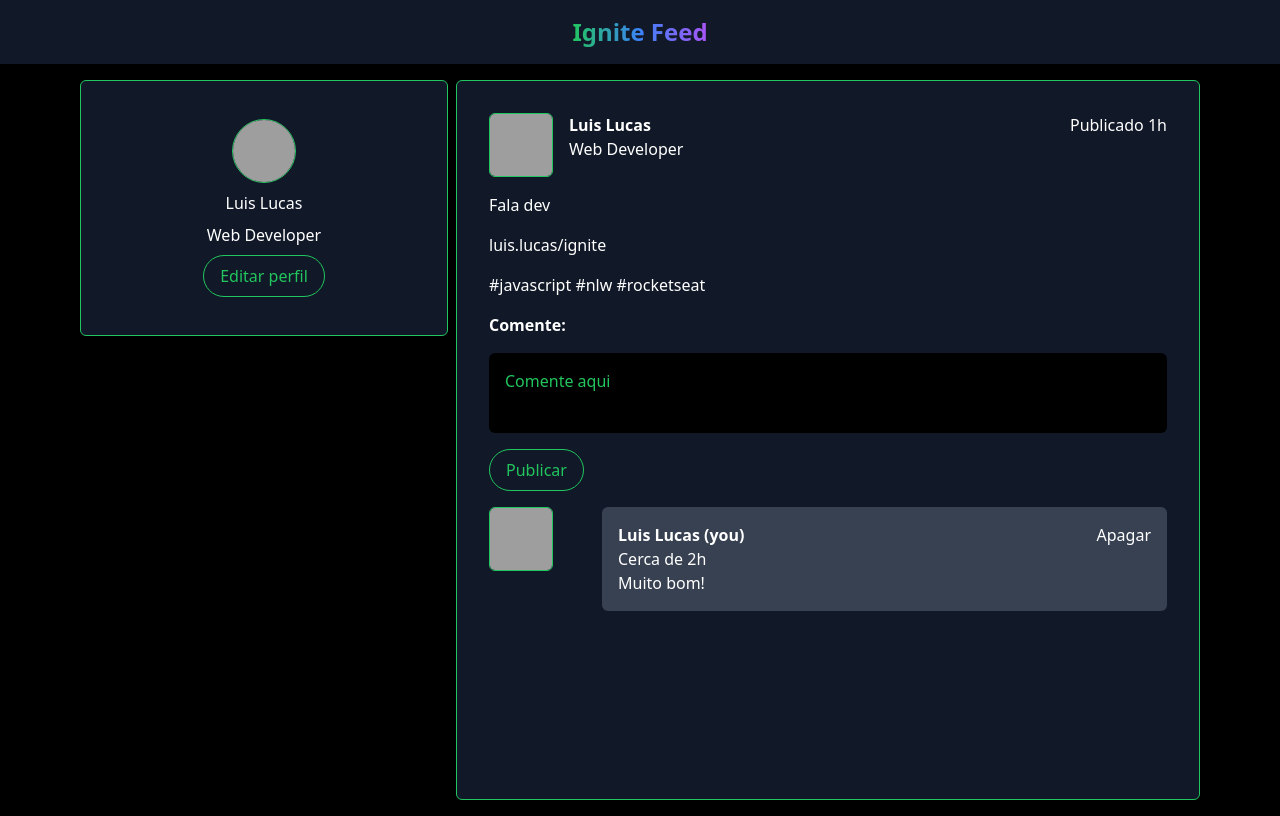
Repository: LuisSempre/ignite-feed
Page: /
An editor plug-in stored every save of this project. The page is shown before and after the next save, followed by the edit.
The browser window is 1280 px wide. The pictures show the whole page.
Pictures or frames that could not be fetched are drawn as grey boxes. The project was rebuilt for these pictures with package versions that can differ from the ones it lists, and the page was loaded fresh each time. Also part of the build but not shown: vite.config.js.

Above is the page before, as saved 2022-07-14 21:41:33.

After the next save:
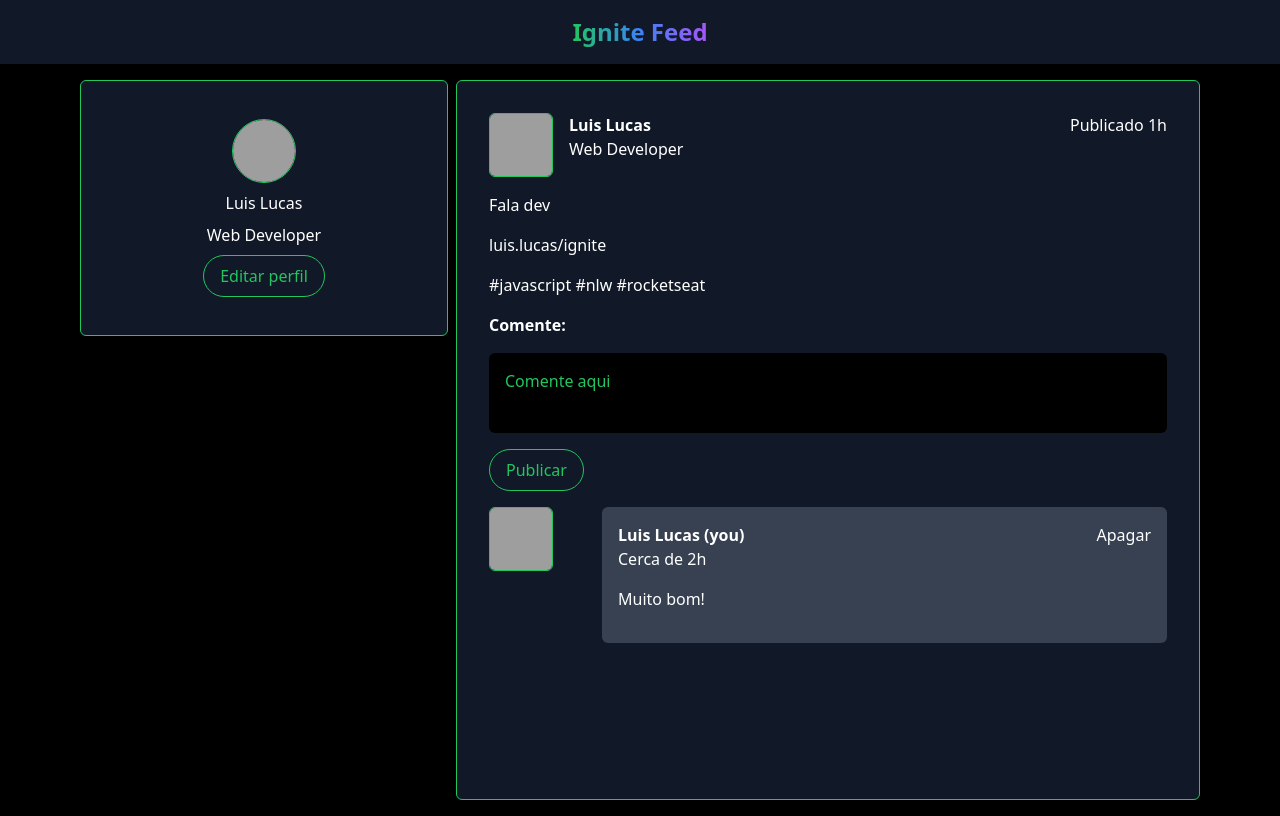
Saved 14 s later.
--- a/src/Components/Comment.jsx
+++ b/src/Components/Comment.jsx
@@ -14,9 +14,8 @@ export function Comment() {
             <div className="flex flex-col">
               <strong>Luis Lucas (you) </strong>
               <span>Cerca de 2h</span>
-              <div>
-
-              <p>Muito bom!</p>
+              <div className="py-4">
+                <p>Muito bom!</p>
               </div>
             </div>
           </div>
